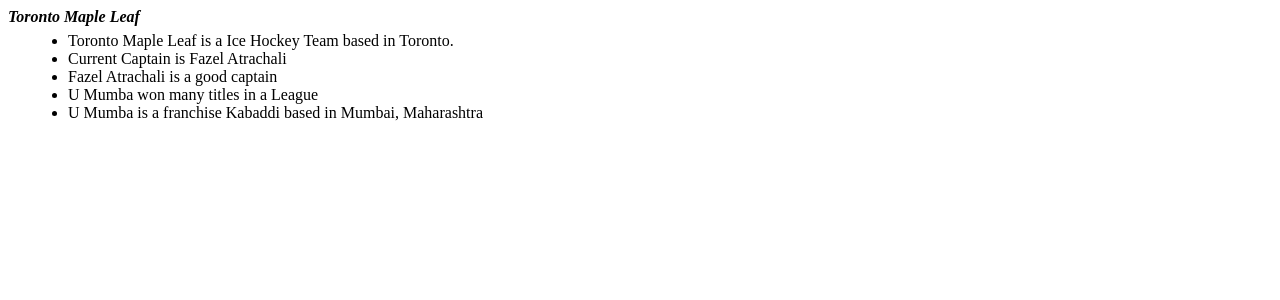
Repository: devanshudave1901/DevanshuDave_Sec002_ICE-05
Page: InfoFiles/torontoMapleLeaf.html
The author's editor kept a copy of each file at every save. The page is drawn from the files as they stood at one save, then again after the next save.
The browser window is 1280 px wide. The pictures show the whole page.

Above is the page before, as saved 2022-03-20 21:20:33.

After the next save:
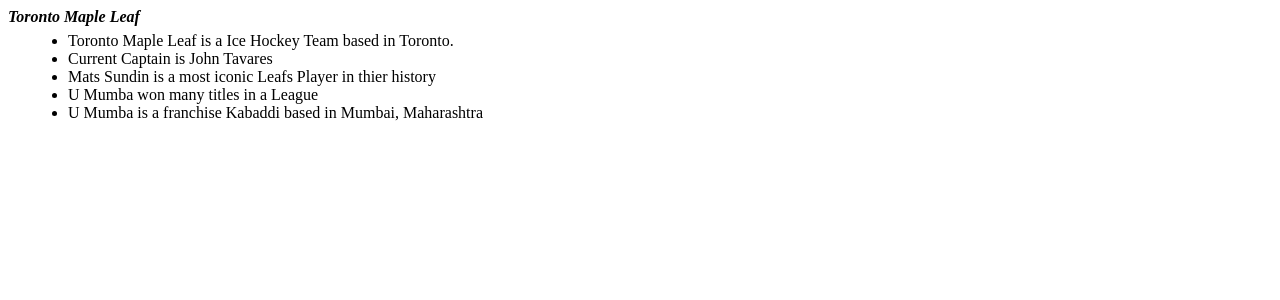
Saved 68 s later.
--- a/InfoFiles/torontoMapleLeaf.html
+++ b/InfoFiles/torontoMapleLeaf.html
@@ -8,8 +8,8 @@
 <body>
 <div>
 <b><i>Toronto Maple Leaf</i></b><ul style="margin: 6px 0px 6px 20px; text-indent: 0pt;"> <li>Toronto Maple Leaf is a Ice Hockey Team based in Toronto.
-<li >Current Captain is </b>Fazel Atrachali </li
-><li > Fazel Atrachali is a good captain</li>
+<li >Current Captain is </b>John Tavares </li
+><li >  Mats Sundin is a most iconic Leafs Player in thier history</li>
 <li>U Mumba won many titles in a League</li>
 <li>U Mumba is a franchise Kabaddi based in Mumbai, Maharashtra</li>
 </div>
